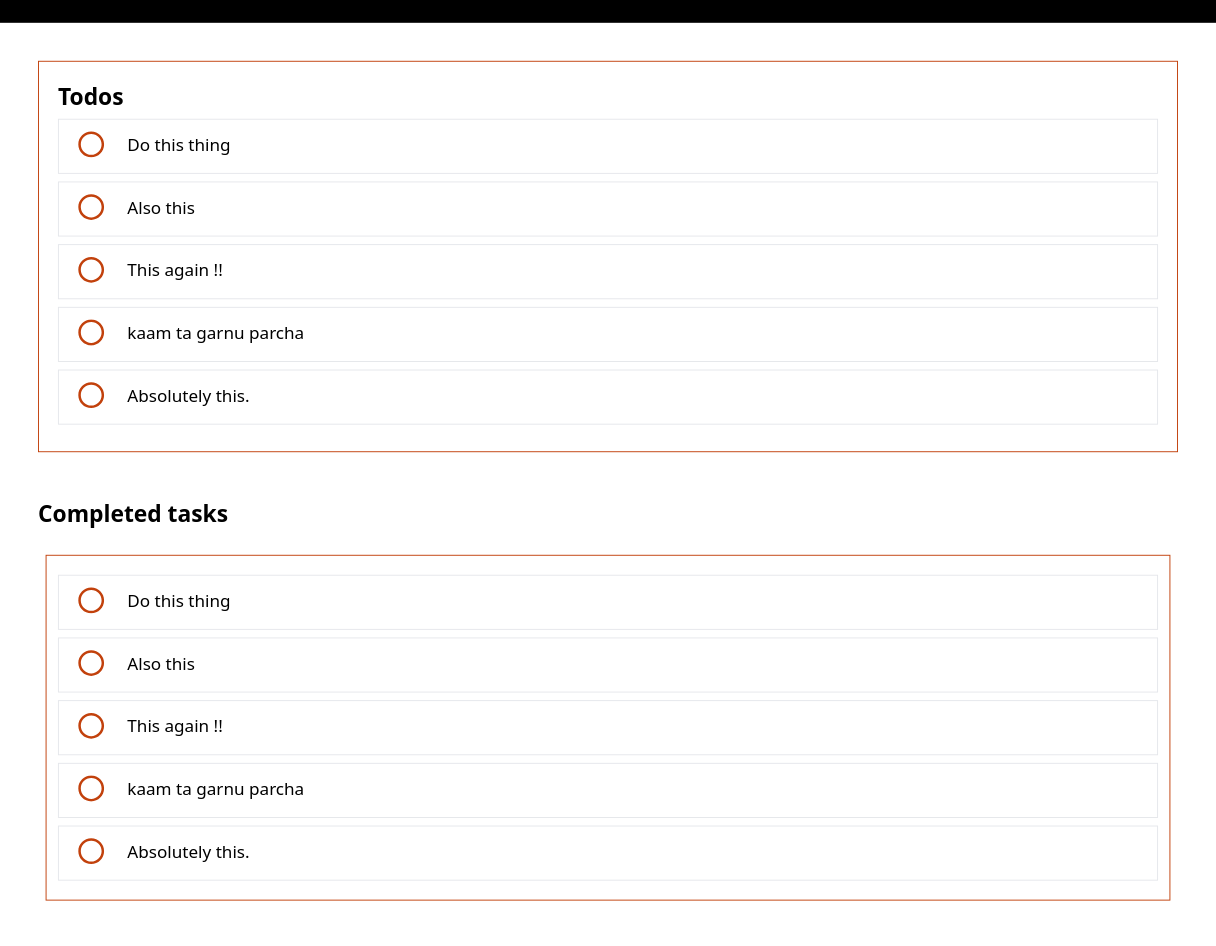
Repository: thekingisherenow/personalTodo
Page: /
The author's editor kept a copy of each file at every save. The page is drawn from the files as they stood at one save, then again after a run of saves.
The browser window is 1280 px wide. The pictures show the whole page, at 95% of full size.
The project was rebuilt for these pictures with package versions that can differ from the ones it lists, and the page was loaded fresh each time. The framework's server and built-in components were replaced by stand-ins that run in the browser. Also part of the build but not shown: next.config.js, styles/Home.module.css.

Above is the page before, as saved 2022-12-15 19:39:16.

### pages/index.js
import Head from 'next/head'
import Image from 'next/image'
import Completed from '../components/CompletedTodos'
import Todos from '../components/Todos'
import styles from '../styles/Home.module.css'

export default function Home() {
  return (
    <div>
      <Head>
        <title>Create Next App</title>
        <meta name="description" content="To-do App" />
        <link rel="icon" href="/favicon.ico" />
      </Head>

     <div className='bg-white'>
      <h1 className='bg-black'>Completed --Tasks</h1>
      <Todos/>

      {/* //Completed tasks */}
      <Completed />
     </div>
    </div>
  )
}

### components/CompletedTodos.js
import React, { useState } from 'react'
import CompletedTodo from './CompletedTodo'

function Completed() {
  const [todolist, setTodolist] = useState([ "Do this thing","Also this", "This again !!" ,"kaam ta garnu parcha","Absolutely this."])

  return (
    <div className='p-2 m-3 '>
      <button className='font-bold text-2xl ml-5'>Completed tasks</button>

      <div className='border p-3 m-7 border-orange-700'>
            {todolist.length? todolist.map((todo,index)=>{
                return(
                    <CompletedTodo key={index} index={index} todo={todo}  />
                    )
                }):<div className='p-8  text-gray-400'>No items to display.</div>}
            </div>
    </div>
  )
}

export default Completed

### components/Todos.js
import React, { useEffect, useState } from 'react'
import Todo from './Todo'

function Todos() {

    const [todolist, setTodolist] = useState([ "Do this thing","Also this", "This again !!" ,"kaam ta garnu parcha","Absolutely this."])

     //a function that removes the data.
     const tick = (data)=>{
        console.log("hello")
        console.log("the index from todo is",data)
        setTodolist(todolist.filter((item,index)=>  index !== data  ) )
        console.log("todo after filter",todolist)
        // setTodolist(todolist)
    }

  return (
    <div className='p-5 m-10 border border-orange-700'>
      <h1 className='font-bold text-2xl'>Todos</h1>
        <div>
            {todolist.length? todolist.map((todo,index)=>{
                return(
                    <Todo key={index} index={index} todo={todo} tick ={tick} />
                    )
                }):<div className='p-8  text-gray-400'>No items to display.</div>}
            </div>

    </div>
  )
}

export default Todos

### components/CompletedTodo.js
import React, { useState } from 'react'
import { FaRegCircle ,FaRegCheckCircle } from 'react-icons/fa';

function CompletedTodo({todo}) {
    const [check, setCheck] = useState(false)

    //    console.log("the index inside the todo component is:",index)
      return (
        <div className='border  p-2 my-2 flex'>
            <div
            // onClick={()=>tick(index)}
             className=' w-9 h-9 flex justify-center ml-2 items-center' onMouseEnter={()=>setCheck(true)}  onMouseLeave={()=>setCheck(false)} >

            { check?

    <FaRegCheckCircle
    className=' text-orange-700 w-7 h-7 m-auto' /> :
    <FaRegCircle className='w-7 text-orange-700 h-7 m-auto' />
    }
    </div>

          <span className='text-center h-10 text-lg my-auto  p-1 ml-4 '>{todo}</span>
        </div>
      )
}

export default CompletedTodo

### components/Todo.js
import React, { useState } from 'react'
import { CheckCircleIcon } from '@heroicons/react/24/outline'
import { FaRegCircle ,FaRegCheckCircle } from 'react-icons/fa';

function Todo({todo,index,tick}) {
    const [check, setCheck] = useState(false)

//    console.log("the index inside the todo component is:",index)
  return (
    <div className='border  p-2 my-2 flex'>
        <div onClick={()=>tick(index)}
         className=' w-9 h-9 flex justify-center ml-2 items-center' onMouseEnter={()=>setCheck(true)}  onMouseLeave={()=>setCheck(false)} >

        { check?

<FaRegCheckCircle
className=' text-orange-700 w-7 h-7 m-auto' /> :
<FaRegCircle className='w-7 text-orange-700 h-7 m-auto' />
}
</div>

      <span className='text-center h-10 text-lg my-auto  p-1 ml-4 '>{todo}</span>
    </div>
  )
}

export default Todo

Loaded but not shown: pages/_app.js (common file); styles/globals.css (common file); tailwind.config.js (common file)

After the next 2 saves:
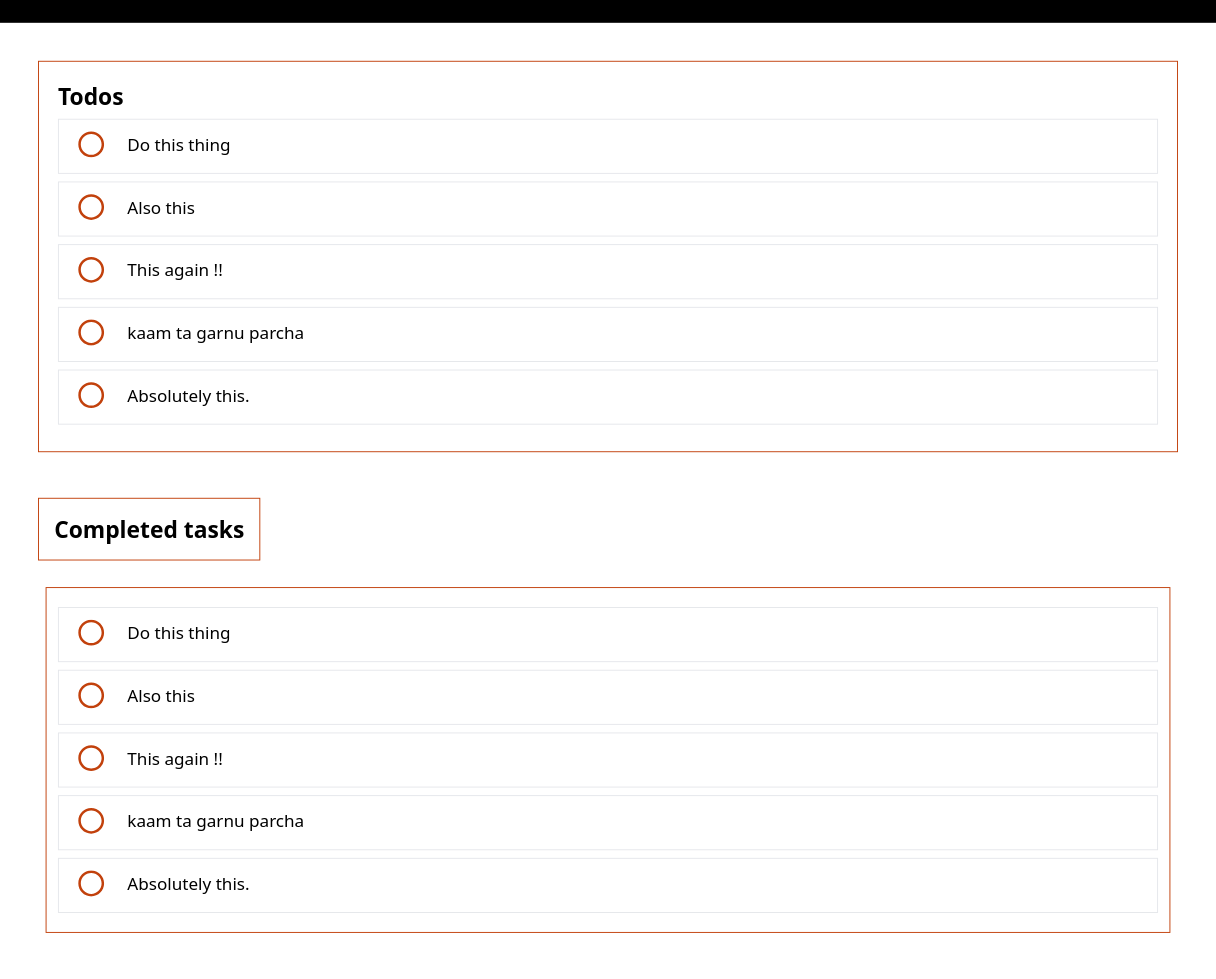
The 2 saves are shown as one change because they came seconds apart.
The last was saved 23 s later.
--- a/components/CompletedTodos.js
+++ b/components/CompletedTodos.js
@@ -6,7 +6,7 @@ function Completed() {
 
   return (
     <div className='p-2 m-3 '>
-      <button className='font-bold text-2xl ml-5'>Completed tasks</button>
+      <button className='font-bold text-2xl ml-5 border border-orange-700 p-4'>Completed tasks</button>
 
       <div className='border p-3 m-7 border-orange-700'>
             {todolist.length? todolist.map((todo,index)=>{
